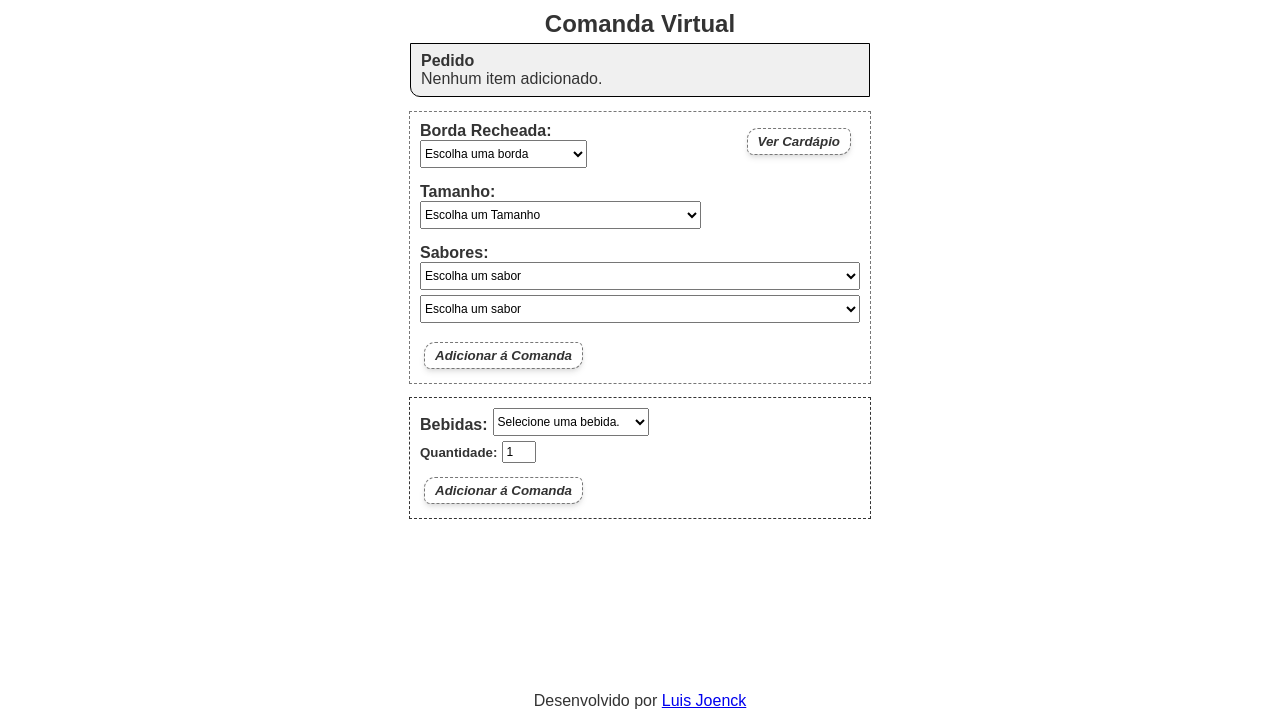
Repository: Joenck91/front-comanda-virtual
Page: index.html
These files come from the project's save history. The page is drawn as it stood at one moment and after the next save; the edit follows.
The browser window is 1280 px wide. The pictures show the whole page.

Above is the page before, as saved 2025-10-05 15:01:07.

### index.html
<!DOCTYPE html>
<html lang="pt-br">
<head>
    <meta charset="UTF-8">
    <meta name="viewport" content="width=device-width, initial-scale=1.0">
    <title>Virtual Command</title>
    <link rel="stylesheet" href="style/base.css">
    <link rel="stylesheet" href="style/layout.css">
    <link rel="stylesheet" href="style/modules.css">
    <link rel="stylesheet" href="style/themes.css">
    <link rel="stylesheet" href="style/responsive.css">
</head>
<body class="body-style">
    <header>
        <div class="title-buttons">
            <h2>Comanda Virtual</h2>
        </div>
        <div class="command-box" id="total">
            <h4>Pedido</h4>
            <div class="ordered-items" id="ordered-items">
                <p>Nenhum item adicionado.</p>
            <!--CRIAR ESTRUTURA DE PEDIDO COM JSON-->
            </div>
        </div>
    </header>

    <main>
        <!-- Cardápio-->
        <div class="view-menu-box" id="view-menu-box"></div>
        <!-- Formulário de Pizzas-->
        <form class="unit-pizza-box">

            <!-- Borda recheada -->
            <div class="border-pizza-box pad-bot-10">
                <label for="border"><h4>Borda Recheada:</h4></label>
                <select name="border" id="border" required>
                    <option value="" selected >Escolha uma borda</option>
                </select>
            </div>

            <!-- Tamanho da pizza -->
            <div class="size-pizza-box pad-bot-10">
                <label for="size"><h4>Tamanho:</h4></label>
                <select name="size" id="size" required>
                    <option value="" selected >Escolha um Tamanho</option>
                </select>
            </div>

            <!-- Sabores -->
            <div id="choose-pizza-box" class="choose-pizza-box pad-bot-10">
                <button type="button" class="buttons-style view-menu-button" id="view-menu"><strong>Ver Cardápio</strong></button>
                <label for="flavors"><h4>Sabores:</h4></label>
                <select name="flavors" id="flavor_one" class="flavor_one" required>
                    <option value="" selected >Escolha um sabor</option>
                </select>
                <select name="flavors" id="flavor_two" class="flavor_two">
                    <option value="" selected >Escolha um sabor</option>
                </select>
                <select name="flavors" id="flavor_three" class="flavor_three">
                    <option value="" selected >Escolha um sabor</option>
                </select>
                <select name="flavors" id="flavor_four" class="flavor_four">
                    <option value="" selected >Escolha um sabor</option>
                </select>
            </div>

            <button type="submit" class="buttons-style"><strong>Adicionar á Comanda</strong></button>
        </form>

        <!-- Formulário de Bebidas -->
        <form class="command-drink">
            <div class="choose-drink-box">
                <label for="drinks"><h4>Bebidas:</h4></label>
                <select name="drinks" id="" required>
                    <option value="">Selecione uma bebida.</option>
                </select>
            </div>
            <div class="unit-input-drink">
                <label for="unit-drink"><h5>Quantidade:</h5></label>
                <input type="number" name="unit-drink" id="unit-drink" min="1" value="1" required>
            </div>
            <button type="submit" class="buttons-style"><strong>Adicionar á Comanda</strong></button>
        </form>
    </main>
    <footer>
        <p>Desenvolvido por <a href="www.instagram.com/joenckluis">Luis Joenck</a></p>
    </footer>

<script type="module" src="script/main.js"></script>
</body>
</html>

### style/base.css
*{
    margin:0;
    padding:0;
    box-sizing:border-box;
}
html, body{
    width:100%;
    height: 100%;
    display:flex;
    flex-direction:column;
    align-items: center;
    justify-content: start;
    overflow: auto;
    font-family: Arial, Helvetica, sans-serif;
    color: #333;
}
body{
    max-width: 500px;
}
header{
    width: 100%;
    display: flex;
    flex-direction: column;
    justify-content: center;
    align-items: center;
    padding: 10px 20px 0 20px;
    top:0;
    left: 0;
    z-index: 1000;
    background-color: white;
}
main{
    flex: 1;
    overflow: auto;
    margin: 0 auto;
    padding: 0 20px;
    border-radius: 4px;
    width: 100%;
    max-width: 100%;
    position: relative;
}
h1{
    padding-bottom: 15px;
}
h2{
    padding-bottom: 5px;
}
li{
    font-style: italic;
}
button{
    background-color: #ccc;
    color: #333;
    padding: 5px 10px;
    border: 1px solid #333;
    border-radius: 5px;
    margin:5px;
    box-shadow: 0 4px 6px rgba(0, 0, 0, 0.1),
    0 2px 4px rgba(0, 0, 0, 0.06);
}
button:hover{
    cursor:pointer;
}
select{
    margin-bottom: 5px;
    padding: 5px 0;
    font-size: 12px;
}
label{
    margin-right: 5px;
}
input[type="number"] {
    font-size: 12px;
    padding: 2px;
    width: 5ch;
}
input:hover{
    cursor: pointer;
}
option p{
    background-color: #f0f0f0;
    padding: 5px;
}
footer{
    padding: 10px;
}

### style/layout.css
/*-----------------------------------------------------------------------------*/
/*                               HEADER                                        */
/*-----------------------------------------------------------------------------*/

/*-----------------------------------------------------------------------------*/
/*                          PEDIDO                                     */
/*-----------------------------------------------------------------------------*/
.command-box{
    background-color:#f0f0f0;
    width: 100%;
    padding: 8px 10px;
    height: fit-content;
    border-bottom-left-radius: 10px;
    border: 1px solid black;
    display: flex;
    flex-direction: column;
}
command-box h4{
    width: 100% ;
    text-align: center;
    outline: auto;
}
.ordered-item{
    border: 1px dashed #333;
    padding: 5px;
    margin: 5px 0;
    min-width: 100%;
}

/*-----------------------------------------------------------------------------*/
/*                              CARDÁPIO                                       */
/*-----------------------------------------------------------------------------*/
.view-menu-box{/*pagina do cardápio*/
    position: absolute;
    right: 20px;
    left: 20px;
    background-color:rgb(255, 244, 227);
    padding: 10px;
    width: fit-content;
    max-width: 94%;
    height: 80vh;
    overflow: auto;
    border-radius: 15px;
    display: none;
    flex-direction: column;
    box-shadow: 0 4px 8px #00000033;
    z-index: 1000;
    outline: 1px dashed #333;
}
.menu-title{/*titulos do cardápio 'pizzas/bebidas*/
    border-bottom: 2px dashed black;
    text-align: center;
    padding: 3px;
    margin: 15px 0;
}
.menu-item{/*Itens do menu*/
    margin: 3px 0;
}
.pizza-description{/*Descrições de cada item*/
    margin-left: 25px;
}
/*-----------------------------------------------------------------------------*/
/*                        UNIDADE DE PIZZA                                     */
/*-----------------------------------------------------------------------------*/
.unit-pizza-box{/*Div pai com as opções de escolhas de uma pizza.*/
    outline: 1px dashed #777;
    padding: 10px;
    margin: 15px 0;
}
.border-pizza-box, .size-pizza-box{/*Box com opções de bordas*/

    display: flex;
    flex-direction: column;
    width: fit-content;
    align-items: start;
}
.choose-pizza-box{/*box referente aos campos para escolher sabores*/
    display: flex;
    flex-direction: column;
    position: relative;
}
.flavor_three, .flavor_four{/*Referente ao terceiro e quarto sabro que só devem aparecer conforme escolha de tamanhos.*/
    display: none;
}
/*-----------------------------------------------------------------------------*/
/*                        UNIDADE DE BEBIDA                                    */
/*-----------------------------------------------------------------------------*/
.command-drink{/*Div pai com as opções de escolhas de uma bebida*/
    outline: 1px dashed #333;
    padding: 10px;
    margin: 15px 0;
}
.choose-drink-box, .unit-input-drink{
    display: flex;
    flex-direction: row;
    align-items: center;
}
.unit-input-drink{
    padding-bottom: 10px;
}

### style/modules.css
/*-----------------------------------------------------------------------------*/
/*                             BOTÕES                                          */
/*-----------------------------------------------------------------------------*/
.view-menu-button{
    position: absolute;
    top: -120px;
    right: 5px;;
}
.menu-exit{/*botão que fecha o cardápio*/
    display: flex;
    position: sticky;
    top:0;
    width: fit-content;
    margin-left: auto;
    background-color: #f0f0f0;
    box-shadow: 0 4px 6px rgba(0, 0, 0, 0.1),
    0 2px 4px rgba(0, 0, 0, 0.06);
    border-radius: 2px 10px;
}
.buttons-style{/*Estilo para os botões*/
    width: fit-content;
    outline: 1px dashed #777;
    border: none;
    border-radius: 10px 5px;
    background-color: white;
    font-style: italic;
}
/*-----------------------------------------------------------------------------*/
/*                     PARA VÁRIOS ELEMENTOS                                   */
/*-----------------------------------------------------------------------------*/
.pad-bot-10{
    padding-bottom: 10px;
}

### script/main.js
import viewMenuBox from "./interface/view-menu.js";
import menuShowClose from "./buttons/menu-show-close.js";
import * as inputsContent from "./interface/inputs-contents.js"
import chooseSize from "./interface/choose-sizes.js";
import * as writingOrders from "./command/orders.js";

//Funções que precisam acessar json.
document.addEventListener('DOMContentLoaded', ()=>{
    // Faz uma requisição GET para a rota /api/menu para buscar os dados do cardápio.
    fetch('./data/menu.json')
    .then(res => res.json()) // Converte a resposta para JSON.
    .then(menu => {


        viewMenuBox(menu);  //Carrega menu.
        menuShowClose();    //Abre e fecha cardápio.
        inputsContent.showBorders(menu.borders);//Opções de bordas
        inputsContent.showsizes(menu.sizes);//Opções de tamanhos
        inputsContent.showFlavors(menu.pizzas);//Opções de pizzas
        inputsContent.showDrinks(menu.drinks);  //Opções de bebidas
        chooseSize();//Define quantidade de sabores de acordo com o tamanho selecionado.
        writingOrders.writingOrder(menu);//Armazena as opçoes escolhidas pelo usuário na variável orders


    })
    .catch(err => console.error('Erro ao carregar menu:', err));// Captura e exibe no console qualquer erro ocorrido ao carregar o menu.
});

### script/interface/view-menu.js
/* ********FUNÇÃO QUE CRIA O CARDÁPIO ******** */


export default function viewMenuBox (menu){
  const box = document.getElementById('view-menu-box');
        box.innerHTML = ''; // Limpa o conteúdo da div

        //Cria o titula Pizzas
        const titlePizza = document.createElement('h3');
        titlePizza.classList.add('menu-title');
        titlePizza.textContent = 'Pizzas';
        box.appendChild(titlePizza);

        const exit = document.createElement('button');
        exit.type ='button';
        exit.classList.add('menu-exit')
        exit.classList.add('exit-delete')
        exit.id = 'menuExit';
        exit.textContent = 'Sair';
        box.appendChild(exit);

        // Cria a lista das pizzas
        menu.pizzas.forEach(pizza => {
          const pizzaDiv = document.createElement('div');
          pizzaDiv.classList.add('menu-item'); // você pode estilizar no CSS

          const pizzaTitle = document.createElement('h4');
          pizzaTitle.textContent = `🍕 ${pizza.name}`;

          const pizzaDesc = document.createElement('p');
          pizzaDesc.classList.add('pizza-description')
          pizzaDesc.textContent = pizza.description;

          pizzaDiv.appendChild(pizzaTitle);
          pizzaDiv.appendChild(pizzaDesc);
          box.appendChild(pizzaDiv);
        });

        //Cria o titulo Bebidas
        const titleDrink = document.createElement('h3');
        titleDrink.classList.add('title');
        titleDrink.textContent = 'Bebidas';
        box.appendChild(titleDrink);

        //Cria a lista das bebidas
        menu.drinks.forEach(drink => {
          const drinkDiv = document.createElement('div');
          drinkDiv.classList.add('item');

          const drinkTitle = document.createElement('h4');
          drinkTitle.textContent = `🥤 ${drink.name} - R$ ${drink.price.toFixed(2)}`;

          drinkDiv.appendChild(drinkTitle);
          box.appendChild(drinkDiv);
        });
};

### script/buttons/menu-show-close.js

//Função para mostrar cardápiio e fechar cardápio
export default function menuShowClose (){
    const viewMenu = document.getElementById('view-menu');//Identifica o botão com "Ver cardápio"
    const closeMenu = document.getElementById('menuExit');//Identifica botão "sair" do cardápio.
    const menuBox = document.querySelector('.view-menu-box');//Identifica div que mostra cardápio

    viewMenu.addEventListener('click',()=>{//Escuta o evento de clique no botão "Ver cardápio"
        console.log("abrir")
        menuBox.style.display = 'flex';
    });
    closeMenu.addEventListener('click', ()=>{//Escuta o evento clique no botão "sair"
       console.log("sair");
        menuBox.style.display = 'none';
    });
};

### script/interface/inputs-contents.js
// Funções para preencher os selects
function showsizes(sizes) {
    const selectSizes = document.getElementById("size");
    sizes.forEach(size => {
        const option = document.createElement("option");
        option.value = size.name;
        option.textContent = `${size.name} - R$${size.price.toFixed(2)}`;
        selectSizes.appendChild(option);
    });
}

function showFlavors(pizzas) {
    const selectsFlavors = [
        document.getElementById("flavor_one"),
        document.getElementById("flavor_two"),
        document.getElementById("flavor_three"),
        document.getElementById("flavor_four")
    ];

    selectsFlavors.forEach(select => {
        pizzas.forEach(pizza => {
            const option = document.createElement("option");
            option.value = pizza.name;
            option.textContent = pizza.name;
            select.appendChild(option);
        });
    });
}

function showBorders(borders) {
    const selectBorder = document.getElementById("border");
    borders.forEach(border => {
        const option = document.createElement("option");
        option.value = border.name;
        option.textContent = `${border.name} - R$${border.price.toFixed(2)}`;
        selectBorder.appendChild(option);
    });
}

function showDrinks(drinks) {
    const selectDrinks = document.querySelector('.command-drink select');
    drinks.forEach(drink => {
        const option = document.createElement("option");
        option.value = drink.name;
        option.textContent = `${drink.name} - R$${drink.price.toFixed(2)}`;
        selectDrinks.appendChild(option);
    });
}

export {showBorders, showsizes, showFlavors, showDrinks};

### script/interface/choose-sizes.js
// Pega o select de tamanho
const selectSize = document.getElementById("size");

// Variável para armazenar o tamanho selecionado
let sizeChecked = "";

//Função para exibir os sabores de acordo com a escolha do tamanho da pizza
function updateFlavor(size) {
    document.querySelector('.flavor_three').style.display = (size === 'GRANDE(3 sabores, 12 fatias, 35cm)' || size === 'GIGANTE(4 sabores, 16 fatias, 40cm)' || size === 'KING(4 sabores, 20 fatias, 45cm)') ? 'flex' : 'none';//Se o tamanho for grande, gigante e king: aparece o terceiro sabor
    document.querySelector('.flavor_four').style.display = (size === 'GIGANTE(4 sabores, 16 fatias, 40cm)' || size === 'KING(4 sabores, 20 fatias, 45cm)') ? 'flex' : 'none';//Se o tamanho for gigante e king: aparece o quarto sabor.
}

export default function chooseSizes (){
        // Escuta quando o usuário muda a opção
    selectSize.addEventListener("change", (event) => {
        sizeChecked = event.target.value; // aqui está o valor selecionado
        updateFlavor(sizeChecked);
    });
};

### script/command/orders.js
import  showItems from "../interface/command-box/show-items.js";
//Array que guarda todos os pedidos da sessão
let notedOrder = {
    pizzas: [],
    drinks: []
};

function writingOrder (menu){
    // Captura o envio do formulário de pizza
    const formPizza = document.querySelector('.unit-pizza-box');
    formPizza.addEventListener('submit', (e) => {
        e.preventDefault(); // evita reload da página
        //código aqui

        const pizzaOrder = {
            pizza: document.getElementById('size').value,
            borda: document.getElementById('border').value,
            sabores: [
                document.getElementById('flavor_one').value,
                document.getElementById('flavor_two').value,
                document.getElementById('flavor_three').value,
                document.getElementById('flavor_four').value
            ].filter(s => s), // remove strings vazias
        };

        // Adiciona ao array de pedidos
        notedOrder.pizzas.push(pizzaOrder);

        // Atualiza a exibição dos itens pedidos
        showItems(notedOrder);


        console.log(notedOrder);


    });

    //Captura o envio do formulário de bebidas
    const formDrinks = document.querySelector('.command-drink');
    formDrinks.addEventListener('submit', (e) =>{
        e.preventDefault(); //evita reload da página
        //código aqui
        const drinkOrder = {
            bebida: document.querySelector('.command-drink select').value,
            quantidadeBebida: parseInt(document.getElementById('unit-drink').value, 10)
        };

        // Adiciona ao array de pedidos
        notedOrder.drinks.push(drinkOrder);
        // Atualiza a exibição dos itens pedidos
        showItems(notedOrder);


        console.log(notedOrder);
    });

};

export {writingOrder, notedOrder};

### script/interface/command-box/show-items.js

//função que mostra os itens pedidos na interface
export default function showItems(notedOrder){
    const orderedItemsDiv = document.getElementById('ordered-items');
    orderedItemsDiv.innerHTML = ''; // Limpa o conteúdo anterior

    // Mostra pizzas
    notedOrder.pizzas.forEach((pizza, index) => {
        const pizzaDiv = document.createElement('div');
        pizzaDiv.classList.add('ordered-item');
        pizzaDiv.innerHTML = `
            <h5>Pizza ${index + 1}</h5>
            <p>Pizza: ${pizza.pizza}</p>
            <p>Borda: ${pizza.borda}</p>
            <p>Sabor(es): ${pizza.sabores.join(', ')}</p>
        `;
        orderedItemsDiv.appendChild(pizzaDiv);
    });

    // Mostra bebidas
    notedOrder.drinks.forEach((drink, index) => {
        const drinkDiv = document.createElement('div');
        drinkDiv.classList.add('ordered-item');
        drinkDiv.innerHTML = `
            <h5>Bebida ${index + 1}</h5>
            <p>Bebida: ${drink.bebida}</p>
            <p>Quantidade: ${drink.quantidadeBebida}</p>
        `;
        orderedItemsDiv.appendChild(drinkDiv);
    });
};

Loaded but not shown: data/menu.json (282 lines, source omitted); style/themes.css (no stored copy; drawn as an empty file); style/responsive.css (no stored copy; drawn as an empty file)

After the next save:
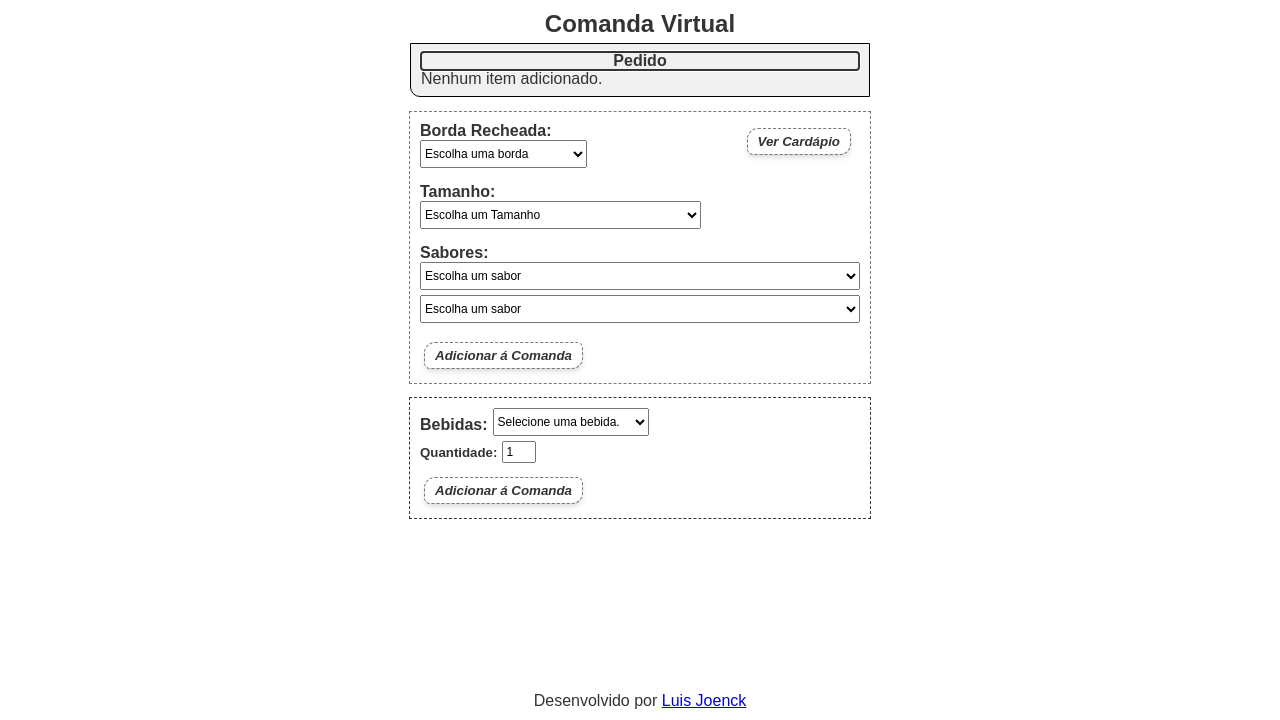
Saved 11 s later.
--- a/style/layout.css
+++ b/style/layout.css
@@ -15,7 +15,7 @@
     display: flex;
     flex-direction: column;
 }
-command-box h4{
+.command-box h4{
     width: 100% ;
     text-align: center;
     outline: auto;
